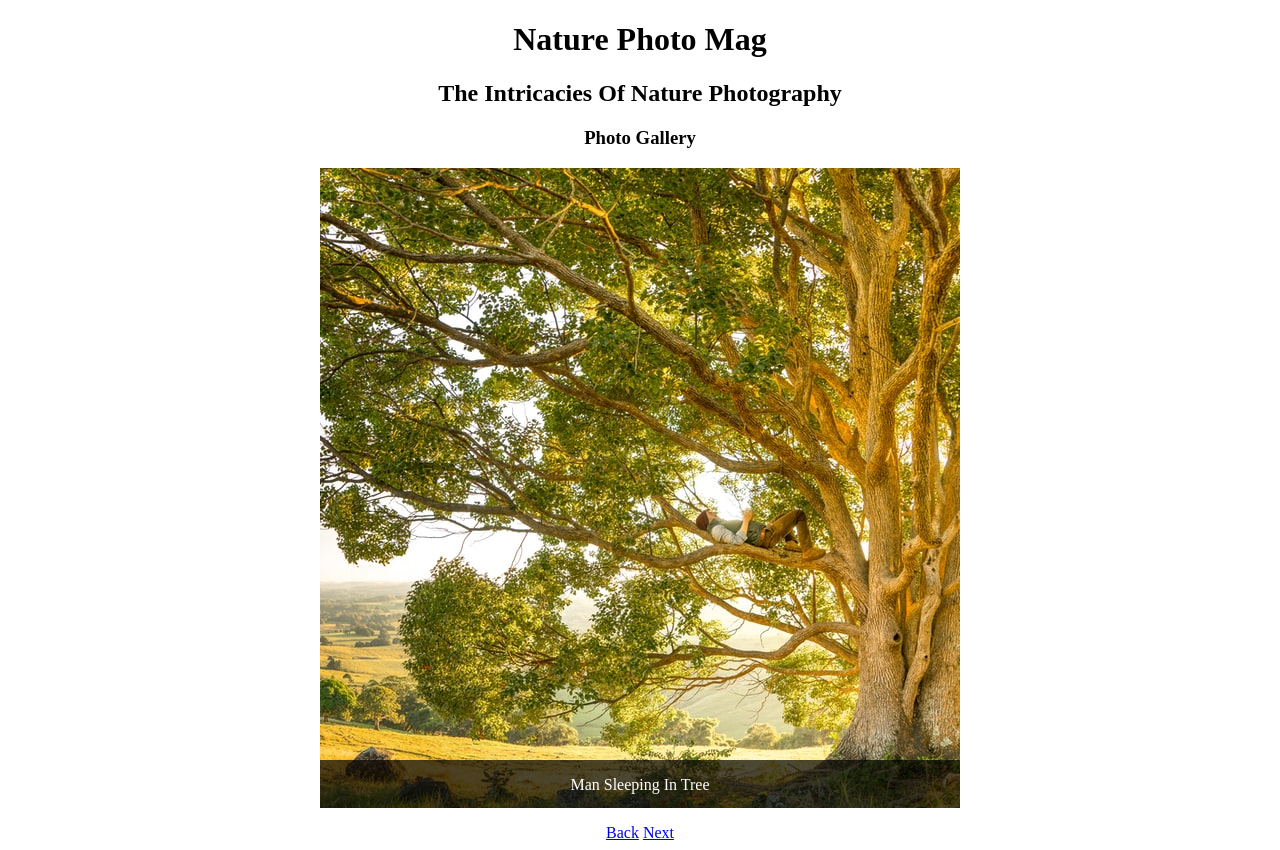
Repository: alexmaddux99/Image-Gallery
Page: index.html
These files come from the project's save history. The page is drawn as it stood at one moment and after the next save; the edit follows.
The browser window is 1280 px wide. The pictures show the whole page.
After loading, the first visible `a.next-btn` was clicked once.

Above is the page before, as saved 2022-03-08 15:59:13.
Console error: TypeError: Assignment to constant variable.

After the next save:
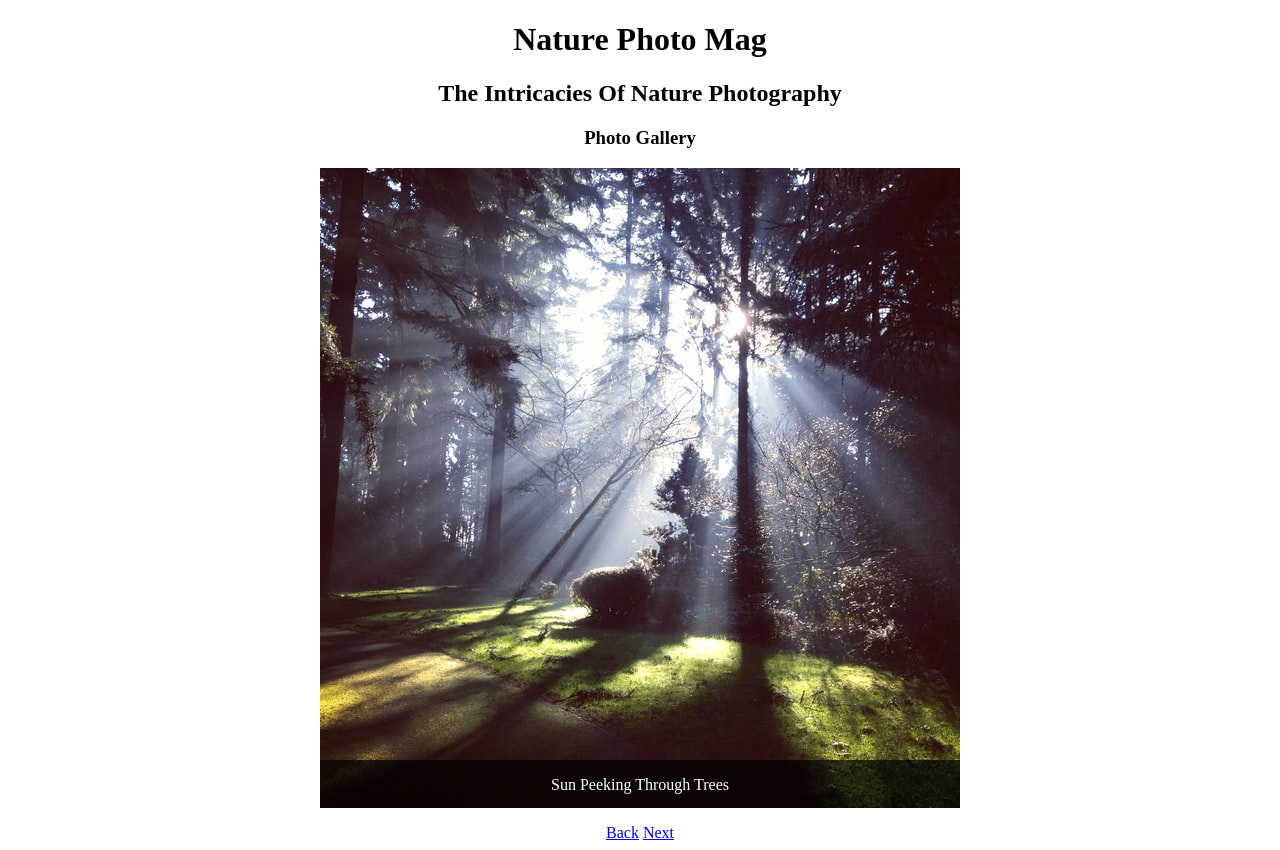
The error is gone.
Saved 3 min 20 s later.
--- a/js/main.js
+++ b/js/main.js
@@ -8,7 +8,6 @@
   const slides = frame.querySelectorAll("img");
   const caption = document.querySelector(".caption");
   const controls = document.querySelector(".controls");
-  const myInterval = '';
 
   //with JS active, hide all images
   slides.forEach((slide) => {
@@ -27,8 +26,6 @@
 
    //show the controls
    controls.style.display = "block";
-
-   myInterval = setInterval(changeSlide, 5000);
 }
 
 
@@ -36,10 +33,7 @@
 function changeSlide(e) {
 
     // stop link from trying to reload page
-    if(e){
-      e.preventDefault();
-      clearInterval(myInterval);
-    }
+    e.preventDefault();
 
     //shortcut vars
     const frame = document.querySelector(".frame");
@@ -48,12 +42,9 @@
     let showing = document.querySelector(".current");
     let nextUp = "";
 
-    if(!e || e.target.className == 'next-btn') {
+    if(e.target.className == 'next-btn') {
       nextUp = showing.nextElementSibling;
-    }else{
-      nextUp = showing.previousElementSibling;
     }
-
 
     if(e.target.className == 'back-btn') {
       nextUp = showing.previousElementSibling;
